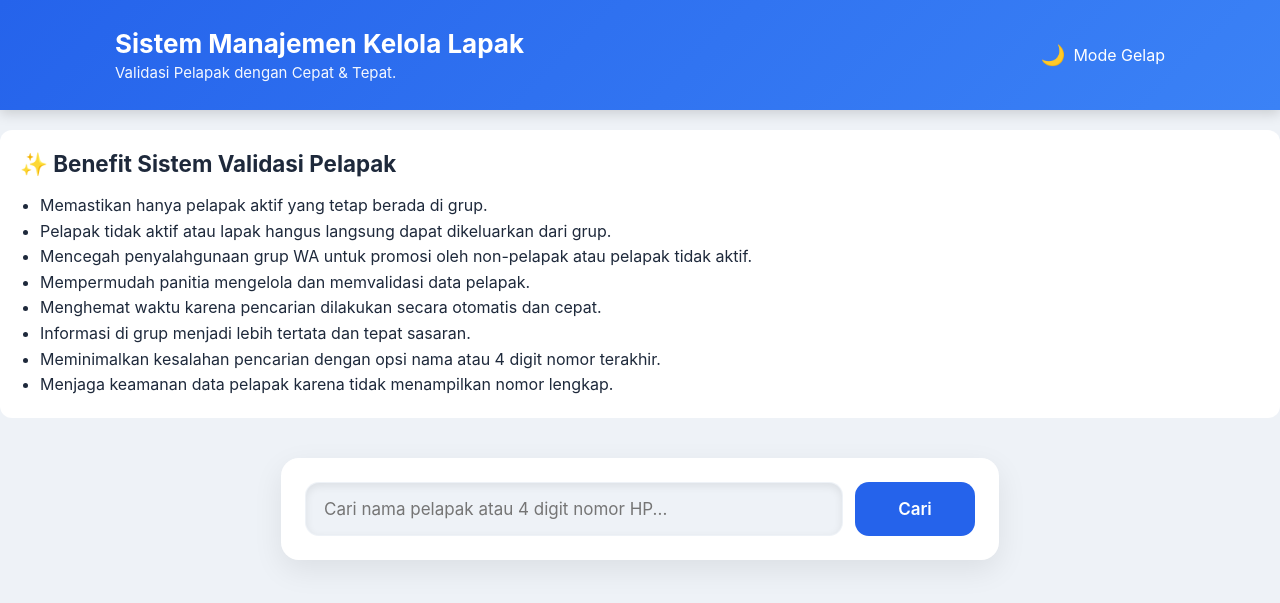
Repository: pasarrakyatbak/ceklapak
Page: index.html
The author's editor kept a copy of each file at every save. The page is drawn from the files as they stood at one save, then again after a run of saves.
The browser window is 1280 px wide. The pictures show the whole page.

Above is the page before, as saved 2025-11-19 06:50:18.

### index.html
<!DOCTYPE html>
<html lang="id">

<head>
    <meta charset="UTF-8" />
    <meta name="viewport" content="width=device-width, initial-scale=1.0" />
    <title>Pencarian Pelapak UMKM</title>
    <link rel="stylesheet" href="style.css" />
</head>

<body>
    <header>
        <div class="header-inner">
            <div class="header-text">
                <h1>Sistem Manajemen Kelola Lapak</h1>
                <p class="desc">
                    Validasi Pelapak dengan Cepat & Tepat.
                </p>
            </div>

            <div class="controls">
                <label class="theme-toggle" aria-label="Toggle dark mode">
                    <input id="themeToggle" type="checkbox" />
                    <span class="toggle-icon">🌙</span>
                    <span class="toggle-text">Mode Gelap</span>
                </label>
            </div>
        </div>
    </header>
    <section class="benefit-section">
        <h2>✨ Benefit Sistem Validasi Pelapak</h2>
        <ul class="benefit-list">
            <li>Memastikan hanya pelapak aktif yang tetap berada di grup.</li>
            <li>Pelapak tidak aktif atau lapak hangus langsung dapat dikeluarkan dari grup.</li>
            <li>Mencegah penyalahgunaan grup WA untuk promosi oleh non-pelapak atau pelapak tidak aktif.</li>
            <li>Mempermudah panitia mengelola dan memvalidasi data pelapak.</li>
            <li>Menghemat waktu karena pencarian dilakukan secara otomatis dan cepat.</li>
            <li>Informasi di grup menjadi lebih tertata dan tepat sasaran.</li>
            <li>Meminimalkan kesalahan pencarian dengan opsi nama atau 4 digit nomor terakhir.</li>
            <li>Menjaga keamanan data pelapak karena tidak menampilkan nomor lengkap.</li>
        </ul>
    </section>

    <main>
        <section class="search-card">
            <div class="search-box">
                <input type="text" id="queryInput" placeholder="Cari nama pelapak atau 4 digit nomor HP..."
                    autocomplete="off" aria-label="Kolom pencarian pelapak" />
                <button id="searchBtn" aria-label="Tombol cari pelapak">Cari</button>
            </div>
        </section>

        <!-- RESULT BOX -->
        <section>
            <div id="resultBox" class="result-box hidden" role="region" aria-live="polite"></div>
        </section>

        <!-- LOADING SPINNER -->
        <div id="loader" class="loader hidden" aria-hidden="true"></div>

        <!-- SKELETON LOADING -->
        <div id="skeletonBox" class="skeleton-box hidden" aria-hidden="true">
            <div class="skeleton-item"></div>
            <div class="skeleton-item"></div>
            <div class="skeleton-item"></div>
        </div>
    </main>

    <script src="app.js"></script>
</body>

</html>

### style.css
/* === Color variables === */
:root {
    --bg: #eef2f7;
    --card: #ffffff;
    --text: #1e293b;
    --muted: #64748b;
    --primary: #2563eb;
    --primary-light: #3b82f6;
    --shadow: rgba(0, 0, 0, 0.08);

    --font-lg: 17px;
    --font-base: 16px;
    --font-sm: 14px;
}

body.dark {
    --bg: #0d1117;
    --card: #161b22;
    --text: #e5e7eb;
    --muted: #9ca3af;
    --primary: #3b82f6;
    --primary-light: #60a5fa;
    --shadow: rgba(0, 0, 0, 0.45);
}

/* === Base === */
* {
    margin: 0;
    padding: 0;
    box-sizing: border-box;
    font-family: "Inter", system-ui, sans-serif;
}

body {
    background: var(--bg);
    color: var(--text);
    transition: 0.3s ease;
    padding-bottom: 40px;
}

/* === Header === */
header {
    background: linear-gradient(135deg, var(--primary), var(--primary-light));
    padding: 28px 20px;
    color: white;
    box-shadow: 0 4px 12px rgba(0, 0, 0, 0.15);
}

.header-inner {
    max-width: 1050px;
    margin: auto;
    display: flex;
    justify-content: space-between;
    align-items: center;
}

header h1 {
    font-size: 26px;
    font-weight: 700;
}

.desc {
    font-size: 15px;
    opacity: 0.95;
    margin-top: 4px;
}

/* === Dark mode toggle === */
.theme-toggle {
    display: flex;
    align-items: center;
    gap: 8px;
    cursor: pointer;
    user-select: none;
}

.theme-toggle input {
    display: none;
}

.toggle-icon {
    font-size: 20px;
}

.toggle-text {
    font-size: 16px;
}

/* === Search Card === */
main {
    max-width: 750px;
    margin: 40px auto;
    padding: 0 16px;
}

.search-card {
    background: var(--card);
    padding: 24px;
    border-radius: 18px;
    box-shadow: 0 10px 30px var(--shadow);
    backdrop-filter: blur(4px);
}

/* search box */
.search-box {
    display: flex;
    gap: 12px;
}

.search-box input {
    flex: 1;
    padding: 16px 18px;
    border-radius: 14px;
    border: 1px solid transparent;
    background: var(--bg);
    color: var(--text);
    font-size: 17px;
    box-shadow: inset 0 3px 8px var(--shadow);
    transition: 0.2s;
}

.search-box input:focus {
    border-color: var(--primary);
    outline: none;
}

.search-box button {
    padding: 16px 20px;
    background: var(--primary);
    color: white;
    font-size: 17px;
    font-weight: 600;
    border: none;
    border-radius: 14px;
    cursor: pointer;
    transition: 0.2s;
    min-width: 120px;
}

.search-box button:hover {
    background: var(--primary-light);
    transform: translateY(-2px);
}

/* === Result Box === */
.result-box {
    margin-top: 28px;
}

/* result card improved */
.result-item {
    background: var(--card);
    padding: 22px;
    margin-bottom: 16px;
    border-radius: 16px;
    box-shadow: 0 6px 18px var(--shadow);
    border-left: 6px solid var(--primary);
    transition: 0.2s ease;
}

.result-item:hover {
    transform: translateY(-3px);
}

.result-item strong {
    color: var(--primary);
    font-size: 18px;
}

.result-item div {
    font-size: 17px;
    margin-bottom: 6px;
}

.small {
    margin-top: 6px;
    font-size: 15px;
    color: var(--muted);
}

.benefit-section {
    margin: 20px 0;
    padding: 20px;
    background: var(--card);
    border-radius: 12px;
    box-shadow: var(--shadow);
}

.benefit-section h2 {
    margin-bottom: 15px;
    font-size: 1.4rem;
}

.benefit-list {
    list-style: disc;
    margin-left: 20px;
    line-height: 1.6;
}

/* === BADGE STYLING === */
.badge {
    display: inline-block;
    padding: 6px 12px;
    border-radius: 10px;
    font-size: 15px;
    font-weight: 600;
    margin-left: 6px;
    color: white;
}

/* Light Mode Colors */
body:not(.dark) .badge-name {
    background: #1e40af;
    /* blue-800 */
}

body:not(.dark) .badge-wa {
    background: #166534;
    /* green-800 */
}

body:not(.dark) .badge-lapak {
    background: #334155;
    /* slate-700 */
}

/* Dark Mode Colors – dibuat sedikit lebih terang agar tetap terlihat */
body.dark .badge-name {
    background: #3b82f6;
    /* blue-500 */
}

body.dark .badge-wa {
    background: #22c55e;
    /* green-500 */
}

body.dark .badge-lapak {
    background: #64748b;
    /* slate-500 */
}

/* === Skeleton Loader === */
.skeleton-box {
    margin-top: 25px;
}

.skeleton-item {
    height: 90px;
    background: linear-gradient(90deg,
            var(--card) 0%,
            var(--bg) 50%,
            var(--card) 100%);
    background-size: 200% 100%;
    border-radius: 16px;
    margin-bottom: 16px;
    animation: shimmer 1.4s infinite;
}

@keyframes shimmer {
    0% {
        background-position: -200% 0;
    }

    100% {
        background-position: 200% 0;
    }
}

/* === Loader === */
.loader {
    width: 42px;
    height: 42px;
    border: 4px solid transparent;
    border-top-color: var(--primary);
    border-right-color: var(--primary-light);
    border-radius: 50%;
    animation: spin 0.75s linear infinite;
    margin: 28px auto;
}

@keyframes spin {
    to {
        transform: rotate(360deg);
    }
}

.hidden {
    display: none !important;
    opacity: 0 !important;
}


/* === Responsive (tablet + mobile) === */
@media (max-width: 768px) {
    header h1 {
        font-size: 22px;
    }

    .search-card {
        padding: 20px;
    }

    .result-item {
        padding: 20px;
    }

    .result-item strong {
        font-size: 17px;
    }
}

@media (max-width: 480px) {

    .header-inner {
        flex-direction: column;
        align-items: flex-start;
        gap: 12px;
    }

    .search-box {
        flex-direction: column;
    }

    .search-box input,
    .search-box button {
        width: 100%;
        font-size: 16px;
    }

    .result-item div {
        font-size: 16px;
    }

    .result-item strong {
        font-size: 17px;
    }
}

### app.js
// === CONFIG ===
const API_URL = "https://script.google.com/macros/s/AKfycby4z2qZ24SrJkcyGpybH29lSUC_3_z1LG-7wSmTzpaOEXrwjXf0Cl3hqkg95qAxPj1-/exec";

// DOM
const searchBtn = document.getElementById("searchBtn");
const queryInput = document.getElementById("queryInput");
const resultBox = document.getElementById("resultBox");
const themeToggle = document.getElementById("themeToggle");
const toggleText = document.querySelector(".toggle-text");
const toggleIcon = document.querySelector(".toggle-icon");
const skeletonBox = document.getElementById("skeletonBox");
const loader = document.getElementById("loader");

// Load saved theme
if (localStorage.getItem("theme") === "dark") {
    document.body.classList.add("dark");
    themeToggle.checked = true;
    toggleText.textContent = "Mode Terang";
    toggleIcon.textContent = "☀️";
}

themeToggle.addEventListener("change", () => {
    if (themeToggle.checked) {
        document.body.classList.add("dark");
        toggleText.textContent = "Mode Terang";
        toggleIcon.textContent = "☀️";
        localStorage.setItem("theme", "dark");
    } else {
        document.body.classList.remove("dark");
        toggleText.textContent = "Mode Gelap";
        toggleIcon.textContent = "🌙";
        localStorage.setItem("theme", "light");
    }
});
// Search
searchBtn.addEventListener("click", searchData);
queryInput.addEventListener("keypress", e => e.key === "Enter" && searchData());

// Clean
function cleanNumber(input) {
    return input.replace(/\s|\.|-|\(|\)|\+/g, "");
}

function normalizePhone(phone) {
    if (!phone) return "";
    const digits = phone.replace(/[^0-9]/g, "");
    if (!digits) return "";
    if (digits.startsWith("0")) return digits;
    return "0" + digits;
}

// Main search
function searchData() {
    const raw = queryInput.value.trim();

    // Jika input kosong → matikan loader & skeleton
    if (!raw) {
        hideSkeleton();
        hideLoader();
        return renderError("Masukkan nama atau angka.");
    }

    showSkeleton();
    showLoader();

    const onlyDigits = cleanNumber(raw);
    const is4 = /^\d{4}$/.test(onlyDigits);
    const q = is4 ? onlyDigits : raw.toLowerCase();

    fetch(`${API_URL}?q=${encodeURIComponent(q)}`)
        .then(res => res.json())
        .then(data => {
            hideSkeleton();
            hideLoader();

            if (!data || data.status === "error")
                return renderError(data?.pesan || "Tidak ditemukan.");

            const normalized = (data.hasil || []).map(item => ({
                nama: item.nama,
                nomor_whatsapp: normalizePhone(item.nomor_whatsapp || ""),
                nomor_lapak: item.nomor_lapak || "Tidak ada",
                baris: item.baris
            }));

            renderResults(normalized);
        })
        .catch(() => {
            hideSkeleton();
            hideLoader();
            renderError("Server tidak merespon.");
        });
}


function renderResults(results) {
    resultBox.classList.remove("hidden");

    if (!results.length) {
        resultBox.innerHTML = `<p class="empty">Tidak ada hasil.</p>`;
        return;
    }

    let html = "";
    results.forEach(r => {
        html += `
<div class="result-item">
    <div><strong>Nama:</strong>
        <span class="badge badge-name">${escape(r.nama)}</span>
    </div>

    <div><strong>Nomor WhatsApp:</strong>
        <span class="badge badge-wa">${escape(r.nomor_whatsapp)}</span>
    </div>

    <div class="small"><strong>Nomor Lapak:</strong>
        <span class="badge badge-lapak">${escape(r.nomor_lapak)}</span>
    </div>
</div>`;
    });

    resultBox.innerHTML = html;
}

function renderError(msg) {
    resultBox.classList.remove("hidden");
    resultBox.innerHTML = `<p style="color:var(--primary);font-weight:600">${escape(msg)}</p>`;
}

function escape(s) {
    return String(s || "—")
        .replace(/&/g, "&amp;")
        .replace(/</g, "&lt;")
        .replace(/>/g, "&gt;");
}

function showSkeleton() {
    skeletonBox.classList.remove("hidden");
    resultBox.classList.add("hidden");
}

function hideSkeleton() {
    skeletonBox.classList.add("hidden");
}

function showLoader() {
    loader.classList.remove("hidden");
    resultBox.classList.add("hidden");
}

function hideLoader() {
    loader.classList.add("hidden");
}

After the next 3 saves:
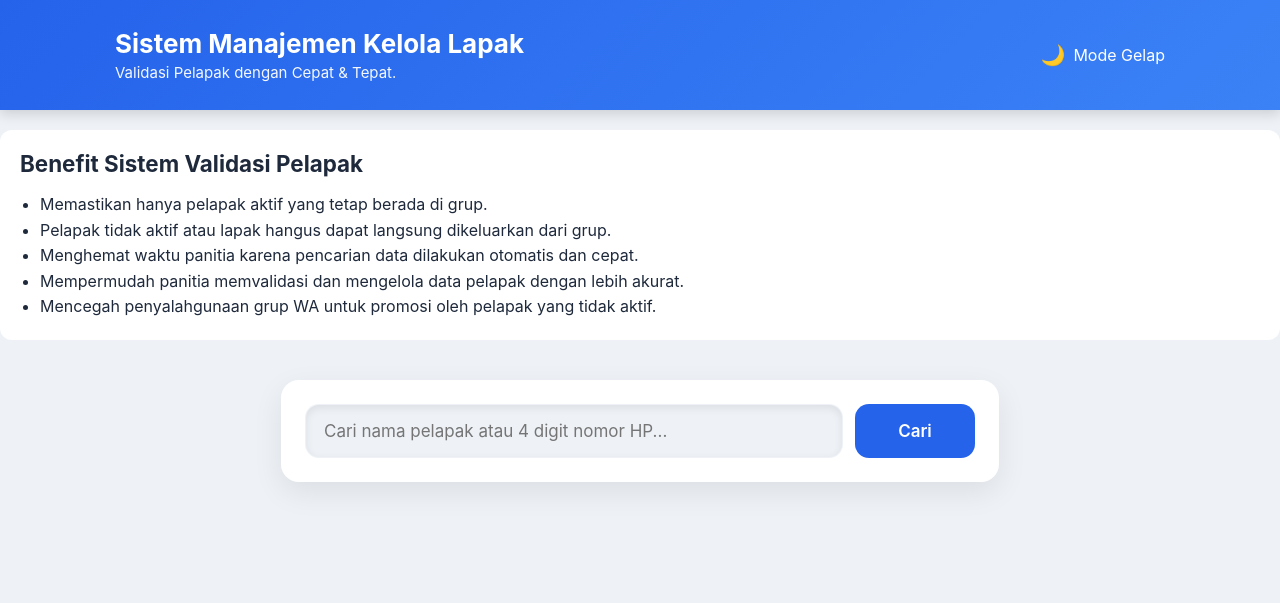
The 3 saves are shown as one change because they came seconds apart.
The last was saved 70 s later.
--- a/index.html
+++ b/index.html
@@ -28,16 +28,13 @@
         </div>
     </header>
     <section class="benefit-section">
-        <h2>✨ Benefit Sistem Validasi Pelapak</h2>
+        <h2>Benefit Sistem Validasi Pelapak</h2>
         <ul class="benefit-list">
             <li>Memastikan hanya pelapak aktif yang tetap berada di grup.</li>
-            <li>Pelapak tidak aktif atau lapak hangus langsung dapat dikeluarkan dari grup.</li>
-            <li>Mencegah penyalahgunaan grup WA untuk promosi oleh non-pelapak atau pelapak tidak aktif.</li>
-            <li>Mempermudah panitia mengelola dan memvalidasi data pelapak.</li>
-            <li>Menghemat waktu karena pencarian dilakukan secara otomatis dan cepat.</li>
-            <li>Informasi di grup menjadi lebih tertata dan tepat sasaran.</li>
-            <li>Meminimalkan kesalahan pencarian dengan opsi nama atau 4 digit nomor terakhir.</li>
-            <li>Menjaga keamanan data pelapak karena tidak menampilkan nomor lengkap.</li>
+            <li>Pelapak tidak aktif atau lapak hangus dapat langsung dikeluarkan dari grup.</li>
+            <li>Menghemat waktu panitia karena pencarian data dilakukan otomatis dan cepat.</li>
+            <li>Mempermudah panitia memvalidasi dan mengelola data pelapak dengan lebih akurat.</li>
+            <li>Mencegah penyalahgunaan grup WA untuk promosi oleh pelapak yang tidak aktif.</li>
         </ul>
     </section>
 
